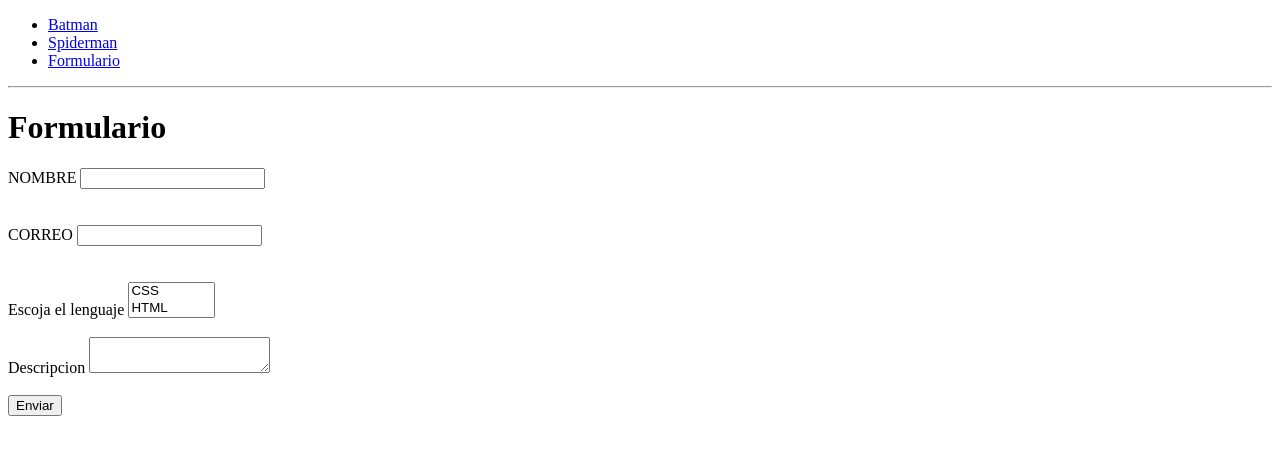
Repository: Arito05/Mi-primer-Repositorio
Page: dia1/formulario.html
The author's editor kept a copy of each file at every save. The page is drawn from the files as they stood at one save, then again after the next save.
The browser window is 1280 px wide. The pictures show the whole page.

Above is the page before, as saved 2024-07-18 14:27:47.

After the next save:
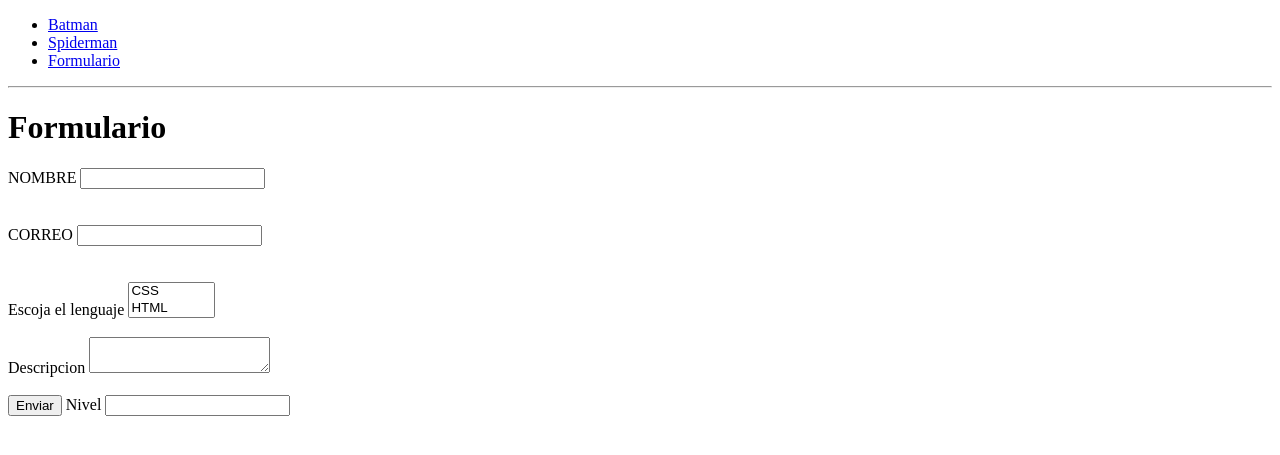
Saved 3 min 3 s later.
--- a/dia1/formulario.html
+++ b/dia1/formulario.html
@@ -37,7 +37,9 @@
       <textarea></textarea> <br /><br />
       <button type="submit" value="enviar">Enviar</button>
 
-      <datalist>
+      <label for="niveles">Nivel</label>
+      <input list="niveles" />
+      <datalist id="niveles">
         <option>1</option>
         <option>2</option>
         <option>3</option>
